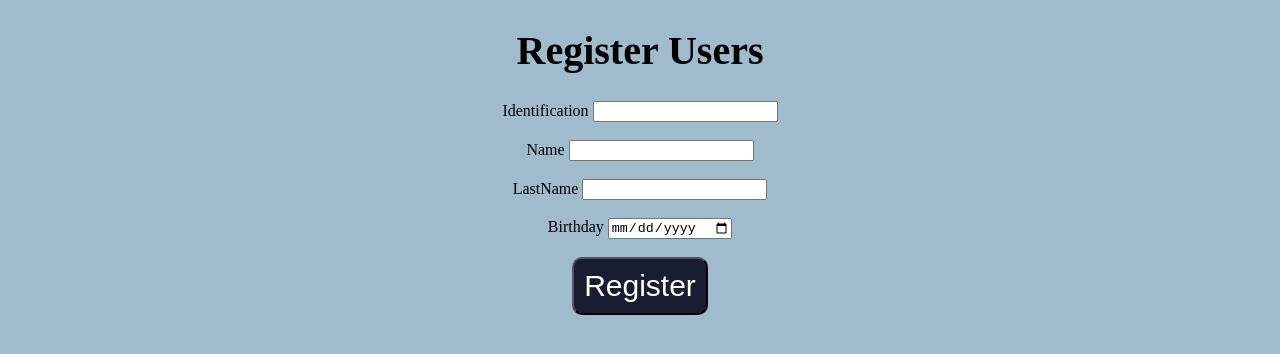
Repository: dimhernandezca/app-arquitectura-enlanube
Page: templates/register.html
The author's editor kept a record of every edit. The page is drawn from the files as they stood at one moment, then again after the next edit.
The browser window is 1280 px wide. The pictures show the whole page.

Above is the page before.

After the next edit:
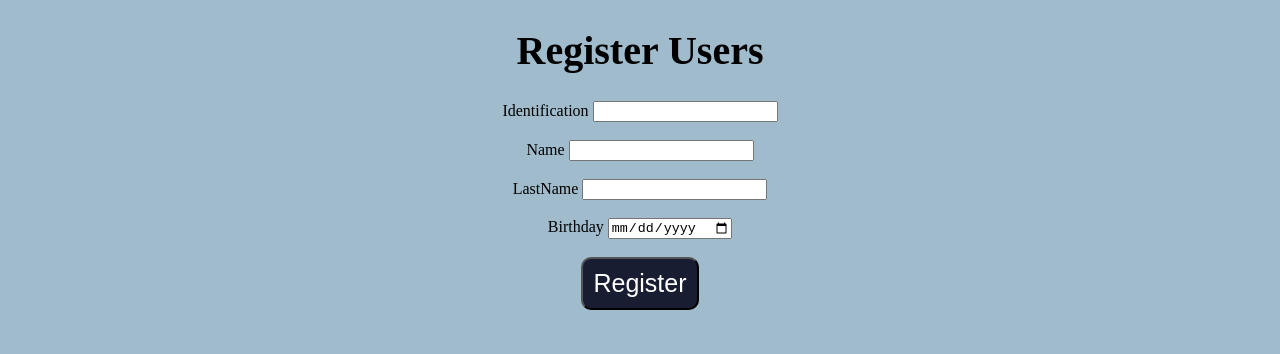
The edit:
--- a/static/css/styleRegister.css
+++ b/static/css/styleRegister.css
@@ -7,7 +7,7 @@
     background-color: #9FBBCC;
 }
 button {
-    font-size: 30px;
+    font-size: 25px;
     background-color: #191D32;
     color: white;
     border-radius: 10px;
